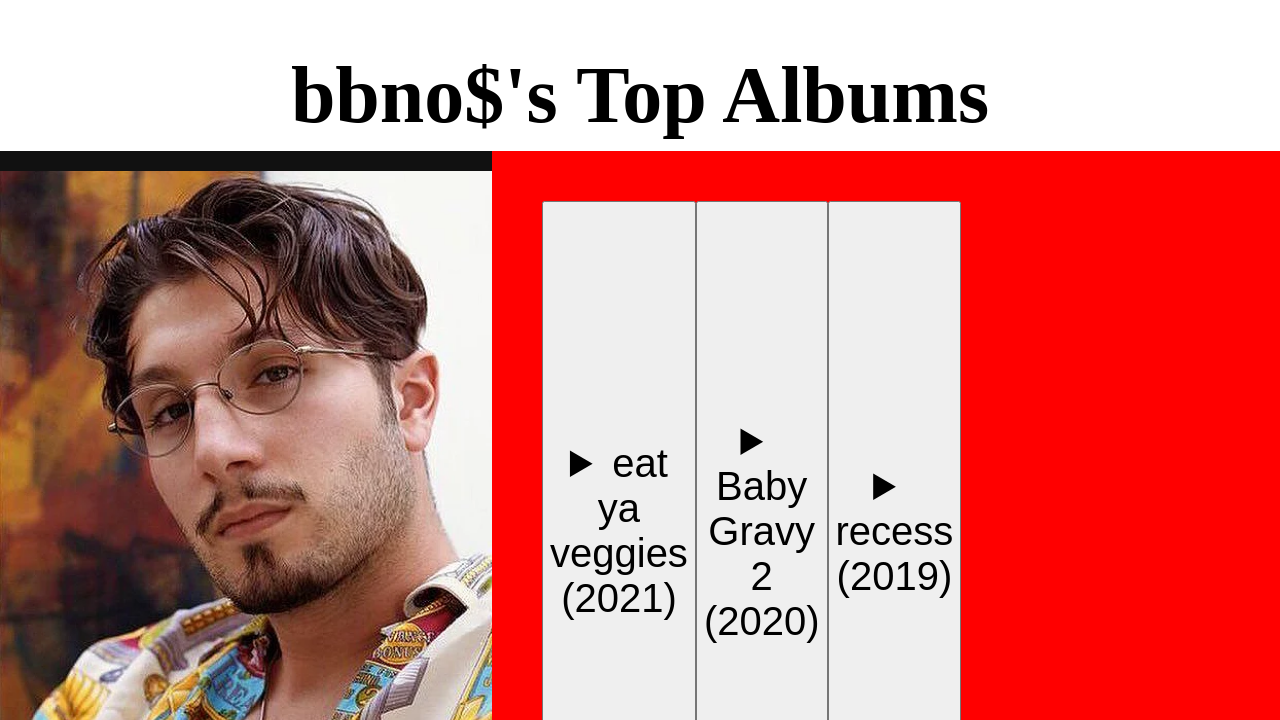
Repository: Jennica1/Lab1
Page: /
An editor plug-in stored every save of this project. The page is shown before and after the next save, followed by the edit.
The browser window is 1280 px wide. The pictures show the whole page.
The project was rebuilt for these pictures with package versions that can differ from the ones it lists, and the page was loaded fresh each time. Also part of the build but not shown: vite.config.js.

Above is the page before, as saved 2024-09-09 18:40:38.

### index.html
<!doctype html>
<html lang="en">
  <head>
    <meta charset="UTF-8" />
    <link rel="icon" type="image/svg+xml" href="/vite.svg" />
    <meta name="viewport" content="width=device-width, initial-scale=1.0" />
    <title>Top bbno$ Albums</title>
  </head>
  <body>
    <div id="root"></div>
    <script type="module" src="/src/main.jsx"></script>
  </body>
</html>

### src/App.jsx
import { useState } from 'react'
import reactLogo from './assets/react.svg'
import viteLogo from '/vite.svg'

import './App.css'

function App() {

  return (
    <>

      <body className='main'>
      <header className='header'>
        <h1 className='title'>bbno$'s Top Albums</h1>
      </header>
        <div className='split left'>
          <img src="/images/bbno$_profile.webp" alt='bbno$' />
        </div>
        <div className='split right'>

          <div className='albums'>
            <button>
          <details>
            <summary>eat ya veggies (2021)</summary>
            <p>edamame (ft. Rich Brian)</p>
            <p>big boss baby</p>
            <p>2 time zones</p>
          </details>
          </button>
<button>
          <details>
            <summary>Baby Gravy 2 (2020)</summary>
            <p>Welcome to Chillis</p>
            <p>Cadbury Creme</p>
            <p>Shining on my ex</p>
          </details>
</button>
<button>
          <details>
            <summary>recess (2019)</summary>
            <p>nursery</p>
            <p>bunk</p>
            <p>chess</p>
          </details>
          </button>
          </div>
        </div>
      </body>


    </>
  )
}

export default App

### src/index.css
summary {
    font-size: 40px;
}

### src/App.css
#root {
  max-width: 1280px;
  margin: 0 auto;
  padding: 2rem;
}

.header {
  font-size: 40px;

}

.title {
  margin: 10px;
  display: flex;
  justify-content: center;
}

.albums {
 margin: 30px;
 display: flex;
 width: 50%;
}

.split {
position: fixed;
height: 100%;
width: 50%;
overflow-x: hidden;
padding-top: 20px;
display: flex;
}

.left {
  left: 0;
  background-color: #111;
}

.right {
  padding-left: 20px;
  width: 60%;
  right: 0;
  background-color: red;
}

Loaded but not shown: src/main.jsx (common file)

After the next save:
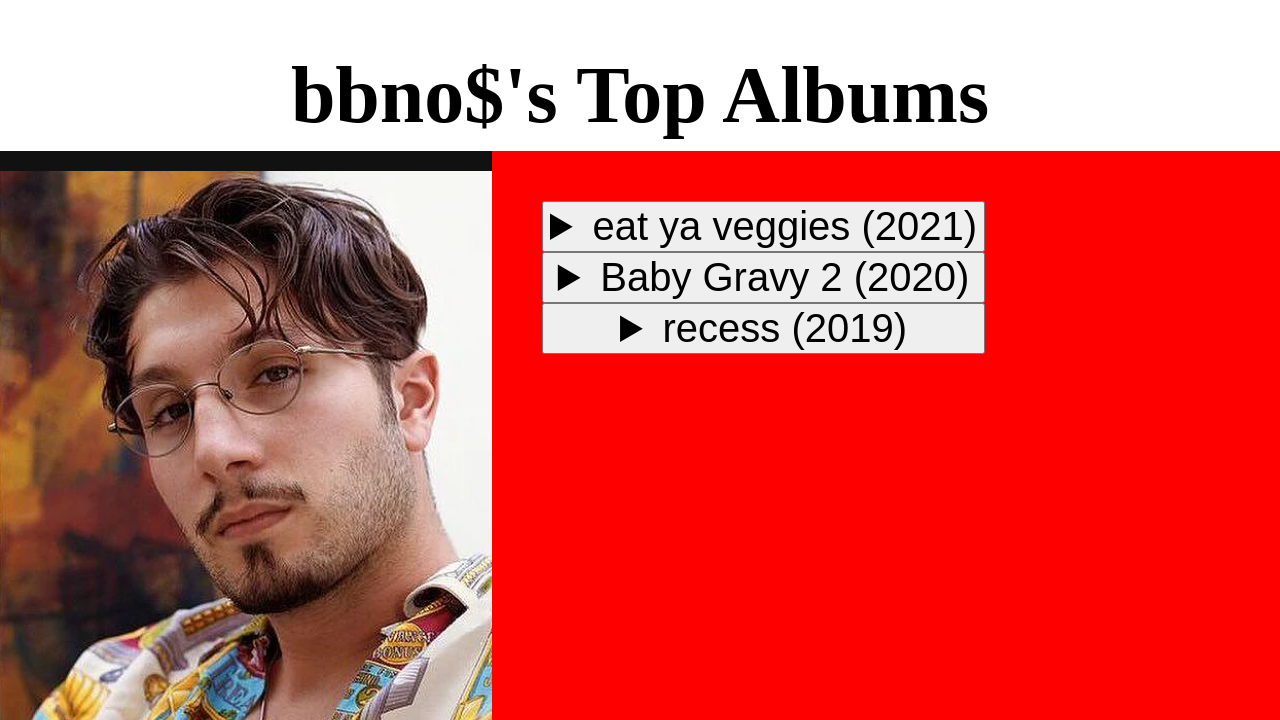
Saved 26 s later.
--- a/src/App.css
+++ b/src/App.css
@@ -18,7 +18,7 @@
 .albums {
  margin: 30px;
  display: flex;
- width: 50%;
+ flex-direction: column;
 }
 
 .split {
